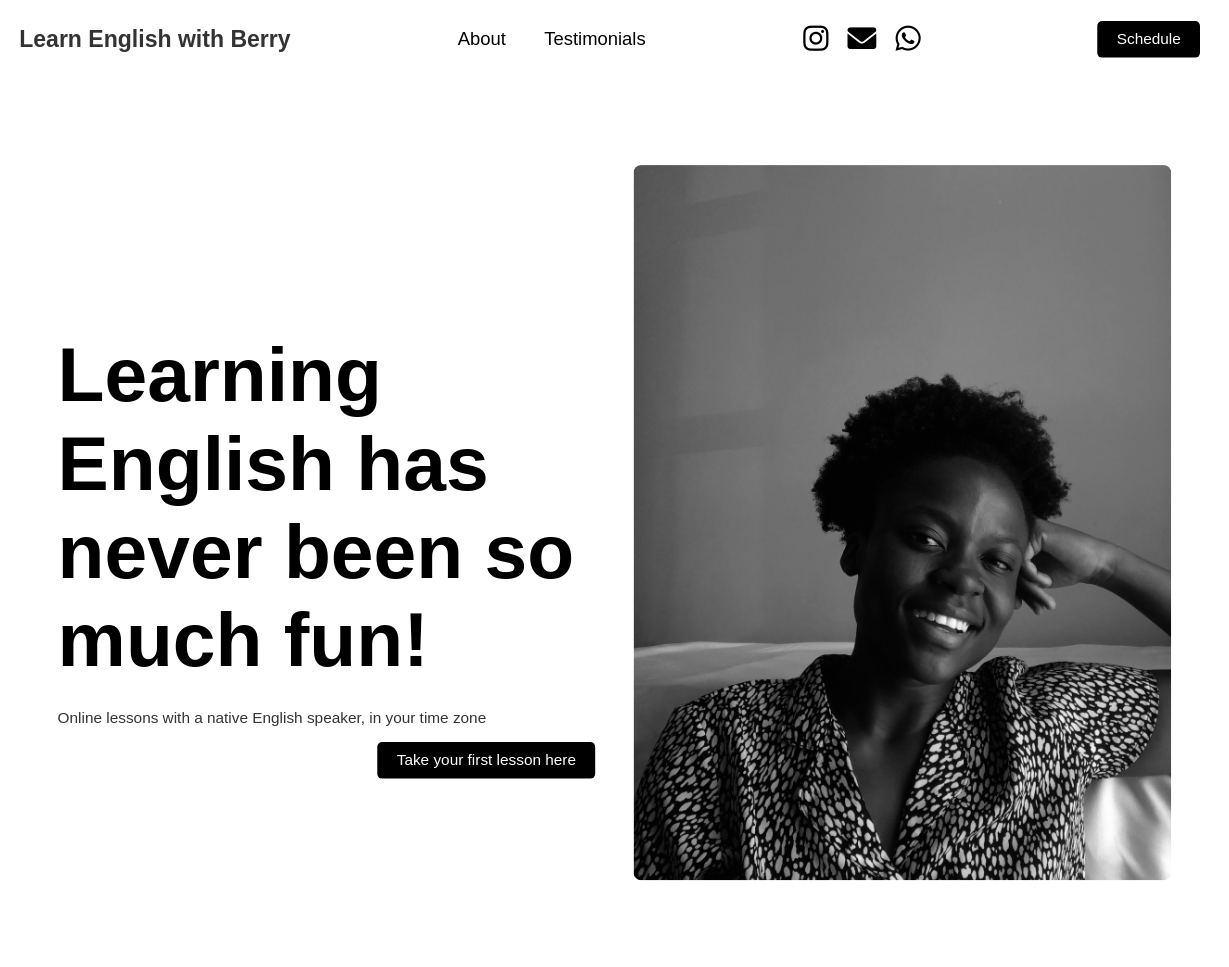
Repository: ntandomagana/esl-landing-page
Page: index.html
These files come from the project's save history. The page is drawn as it stood at one moment and after the next save; the edit follows.
The browser window is 1280 px wide. The pictures show the whole page, at 96% of full size.

Above is the page before, as saved 2024-07-17 13:35:23.

### index.html
<!DOCTYPE html>
<html lang="en">
<head>
    <meta charset="UTF-8">
    <meta name="viewport" content="width=device-width, initial-scale=1.0">
    <link rel="stylesheet" href="https://cdnjs.cloudflare.com/ajax/libs/font-awesome/6.0.0-beta3/css/all.min.css">

    <title>Berry's English</title>
    <link rel="stylesheet" href="index.css">
</head>
<body>
    <!-- Header Section -->
    <header>
        <div class="header-container">
            <div class="logo"><h1>Learn English with Berry</h1>
            </div>
            <nav>
                <ul>
                    <li><a href="#about">About</a></li>
                    <li><a href="#testimonials">Testimonials</a></li>

                </ul>
            </nav>
            <div class="social-links">
                <a href="#" class="social-link"><i class="fab fa-instagram"></i></a>
                <a href="mailto:berry@example.com" class="social-link"><i class="fas fa-envelope"></i></a>
                <a href="https://wa.me/1234567890" class="social-link"><i class="fab fa-whatsapp"></i></a>
            </div>
            <a href="#contact" class="schedule-button">Schedule</a>
        </div>
    </header>

    <!-- Left and right division -->
     <section class="content-section">
        <div class="content-wrapper">
            <div class="left-content">
                <h2>Learning English has <br />
                    never been so much fun!</h2>
                <p>Online lessons with a native English speaker, in your time zone</p>
                <a href="#contact" class="action-button">Take your first lesson here</a>
            </div>

            <div class="right-content">
                <img src="./assets/bwpp.jpg" alt="Teacher Berry's Image">

            </div>
        </div>

     </section>
    </footer>
</body>
</html>

### index.css
/* styles.css */

body {
  font-family: Arial, Helvetica, sans-serif;
  margin: 0;
  padding: 0;
  box-sizing: border-box;
}

.header-container {
  display: flex;
  justify-content: space-between;
  align-items: center;
  padding: 10px 20px;
  background-color: white;
}

.logo h1 {
  margin: 0;
  font-size: 24px;
  color: #333;
}

nav ul {
  list-style-type: none;
  padding: 0;
  margin: 0;
  display: flex;
}

nav ul li {
  display: inline;
  margin: 20px; /* Adjust margin to add space between list items */
}

nav ul li:last-child {
  margin-right: 0;
}

nav ul li a {
  color: rgb(2, 2, 2);
  text-decoration: none;
  font-size: 1.2rem;
}

nav ul li a:hover {
  color: black;
  font-weight: bold;
}

.social-links {
  display: flex;
  align-items: center;
  margin-right: 20px;
}

.social-link {
  margin: 0 10px;
  display: inline-block;
  color: black;
  font-size: 30px;
  transition: color 0.3s ease, transform 0.3s ease, box-shadow 0.3s ease;
}

.social-link i {
  color: black;
}

.social-link:hover i {
  color: black;
  transition: black 4s ease-in-out;
  transform: translateY(-5px);
  box-shadow: 0 4px 8px rgba(19, 18, 18, 0.2);
}

.schedule-button {
  padding: 10px 20px;
  background-color: black;
  color: #fff;
  text-decoration: none;
  border-radius: 5px;
  transition: background-color 0.3s ease;
  border: none;
  cursor: pointer;
  margin-right: 10px;
}

.schedule-button:hover {
  background-color: #fff;
  border-color: rgba(0, 0, 0, 0);
  border: solid black;
  color: black;
}

.content-section {
  padding: 50px 0;
  text-align: center;
}

.content-wrapper {
  display: flex;
  justify-content: space-around;
  align-items: stretch;
  max-width: 1200px;
  margin: 20px auto;
}

.left-content {
  flex: 1;
  padding: 20px;
  text-align: left;
  display: flex;
  flex-direction: column;
  justify-content: center;
  align-items: flex-end;
}

.left-content h2 {
  font-size: 5rem;
  align-items: flex-end;
  color: rgb(0, 0, 0);
  margin-bottom: 10px;
  width: 100%;
}

.left-content p {
  font-size: 1rem;
  color: #333;
  width: 100%;
}

.right-content {
  flex: 1;
  padding: 20px;
  text-align: center;
  display: flex;
  justify-content: center;
  align-items: center;
}

.right-content img {
  max-width: 100%;
  height: auto;
  max-height: 800px; /* Example maximum height, adjust as needed */
  border-radius: 8px;
  /* Optional: Adds a subtle shadow */
}

.action-button {
  display: inline-block;
  padding: 10px 20px;
  background-color: black;
  color: #fff;
  text-decoration: none;
  border-radius: 5px;
  transition: background-color 0.3s ease;
  margin-top: 30px
  position: relative;
  z-index: 1;
}

.action-button:hover {
  background-color: #fff;
  border-color: rgba(0, 0, 0, 0);
  border: 4px solid black;
  color: black;
  margin: 20px;
  padding: 18px 40px;
}

After the next save:
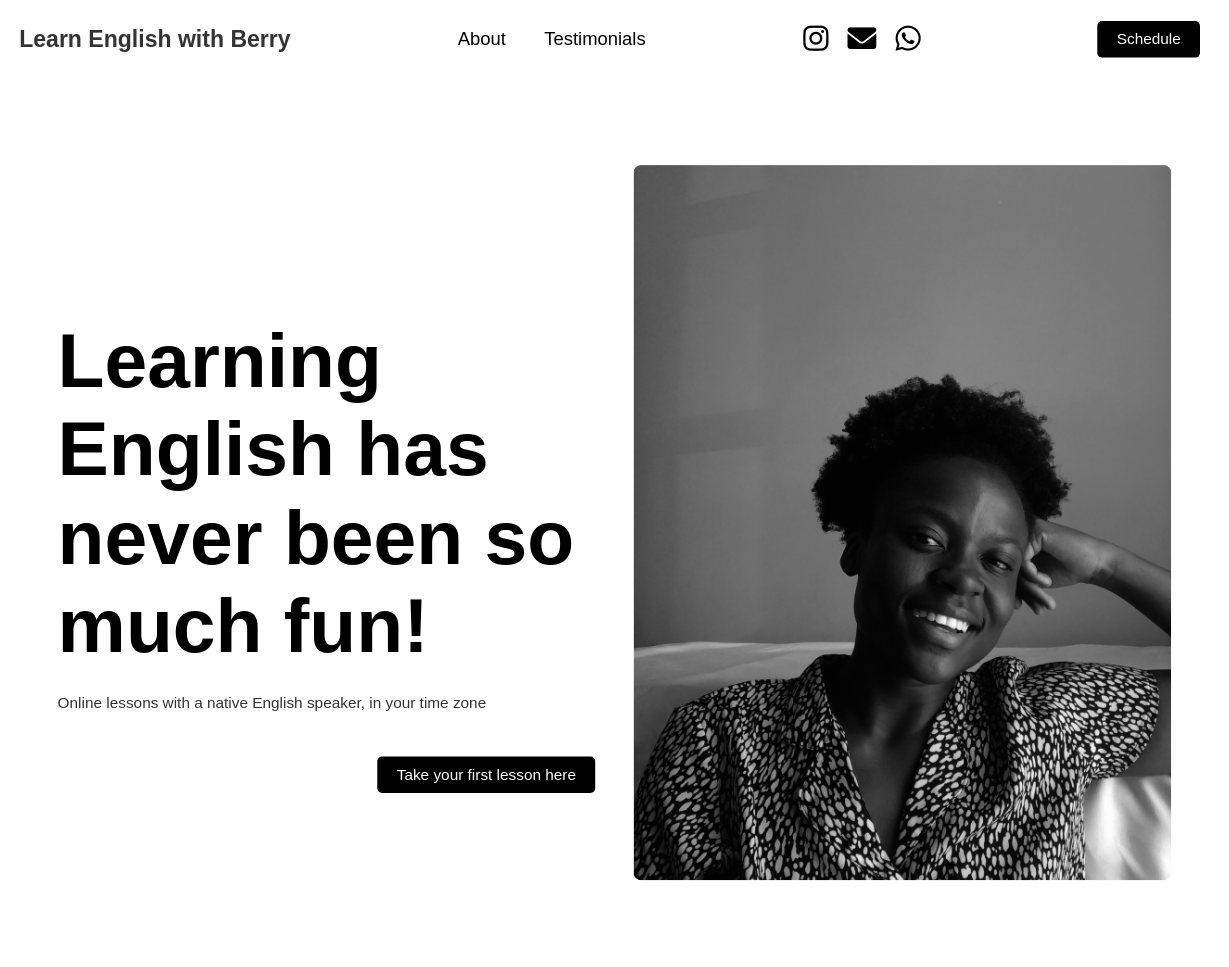
Saved 102 s later.
--- a/index.css
+++ b/index.css
@@ -155,8 +155,7 @@
   border-radius: 5px;
   transition: background-color 0.3s ease;
   margin-top: 30px
-  position: relative;
-  z-index: 1;
+
 }
 
 .action-button:hover {

After the 3 saves that followed:
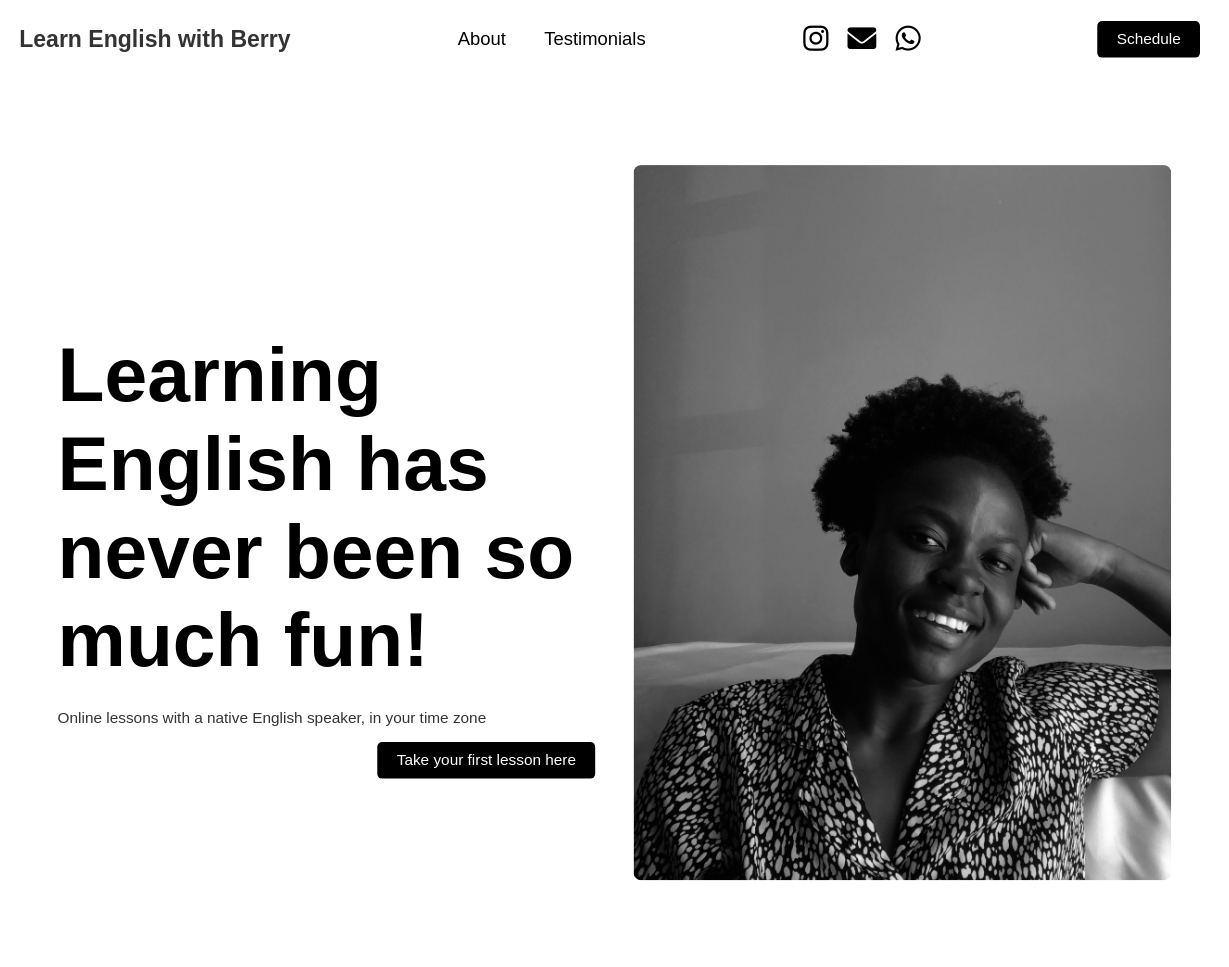
The 3 saves are shown as one change because they came seconds apart.
The last was saved 11 s later.
--- a/index.css
+++ b/index.css
@@ -155,7 +155,7 @@
   border-radius: 5px;
   transition: background-color 0.3s ease;
   margin-top: 30px
-
+  padding: 18
 }
 
 .action-button:hover {
